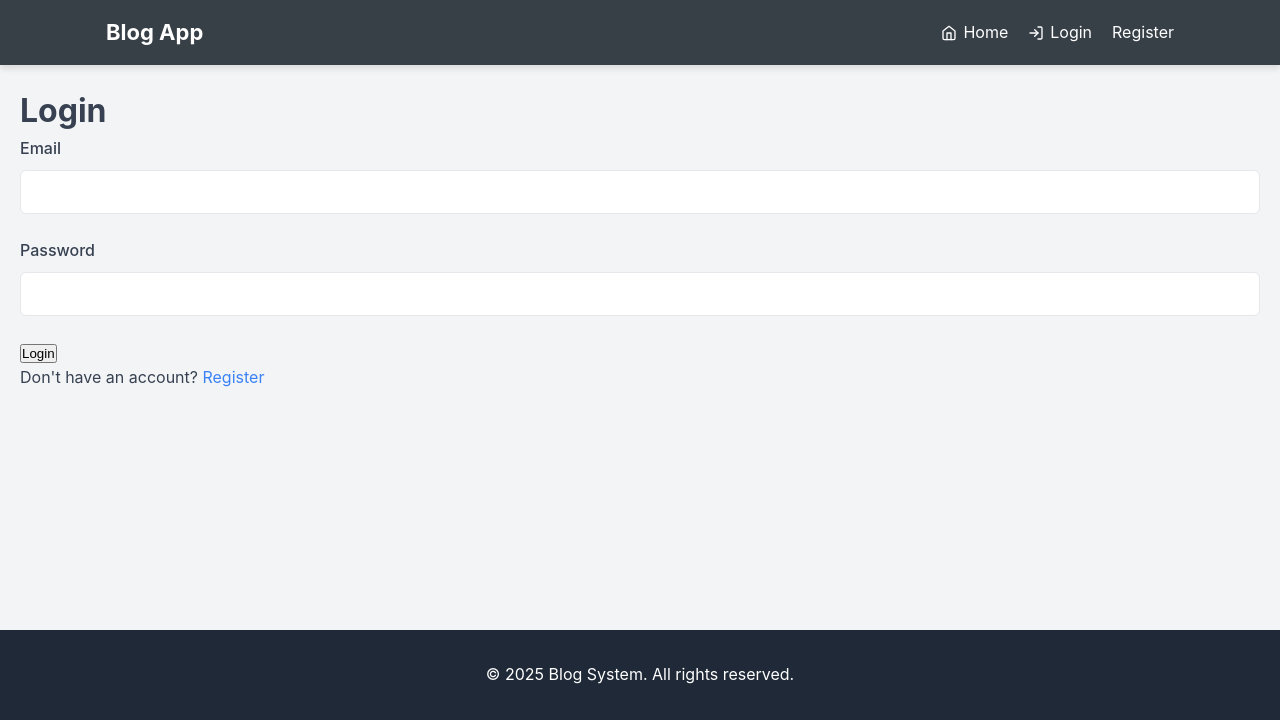
Repository: Vicae-a/Blog
Page: /profile (app in frontend/)
An editor plug-in stored every save of this project. The page is shown before and after the next save, followed by the edit.
The browser window is 1280 px wide. The pictures show the whole page.
The project was rebuilt for these pictures with package versions that can differ from the ones it lists, and the page was loaded fresh each time. Also part of the build but not shown: frontend/vite.config.js, frontend/src/components/PostCard.jsx, frontend/src/components/Pagination.jsx, frontend/src/components/SearchBar.jsx, frontend/src/pages/Home.jsx, frontend/src/pages/Register.jsx, frontend/src/components/Comment.jsx, frontend/src/components/CommentForm.jsx and 5 more.

Above is the page before, as saved 2025-03-29 23:23:55.

### frontend/src/main.jsx
import React from 'react';
import ReactDOM from 'react-dom/client';
import { BrowserRouter } from 'react-router-dom';
import App from './App';


const root = ReactDOM.createRoot(document.getElementById('root'));

root.render(
  <BrowserRouter>
    <App />
  </BrowserRouter>
);

### frontend/src/App.jsx
// src/App.jsx
import { BrowserRouter as Router, Routes, Route, Navigate, useLocation } from 'react-router-dom';

import { QueryClient, QueryClientProvider } from "@tanstack/react-query";
import { ToastContainer } from 'react-toastify';
import { AuthProvider, useAuth } from './context/AuthContext';
import Navbar from './components/Navbar';
import Footer from './components/Footer';
import Home from './pages/Home';
import Login from './pages/Login';
import Register from './pages/Register';
import PostDetail from './pages/PostDetail';
import CreatePost from './pages/CreatePost';
import EditPost from './pages/EditPost';
import Profile from './pages/Profile';
import NotFound from './pages/NotFound';
import 'react-toastify/dist/ReactToastify.css';
import './App.css';

const queryClient = new QueryClient({
  defaultOptions: {
    queries: {
      retry: 1,
      refetchOnWindowFocus: false,
    },
  },
});

// Protected route component
const ProtectedRoute = ({ children }) => {
  const { user, loading } = useAuth();
  const location = useLocation();

  if (loading) return <div className="loading">Loading...</div>;

  if (!user) {
    return <Navigate to="/login" replace state={{ from: location.pathname }} />;
  }

  return children;
};

// Guest-only route component
const GuestRoute = ({ children }) => {
  const { user, loading } = useAuth();

  if (loading) return <div className="loading">Loading...</div>;

  if (user) {
    return <Navigate to="/" replace />;
  }

  return children;
};

function App() {
  return (
    <QueryClientProvider client={queryClient}>
      <AuthProvider>

          <div className="app-container">
            <Navbar />
            <main className="main-content">
              <Routes>
                {/* Public routes */}
                <Route path="/" element={<Home />} />
                <Route path="/posts/:id" element={<PostDetail />} />

                {/* Guest-only routes */}
                <Route
                  path="/login"
                  element={
                    <GuestRoute>
                      <Login />
                    </GuestRoute>
                  }
                />
                <Route
                  path="/register"
                  element={
                    <GuestRoute>
                      <Register />
                    </GuestRoute>
                  }
                />

                {/* Protected routes */}
                <Route
                  path="/posts/create"
                  element={
                    <ProtectedRoute>
                      <CreatePost />
                    </ProtectedRoute>
                  }
                />
                <Route
                  path="/posts/:id/edit"
                  element={
                    <ProtectedRoute>
                      <EditPost />
                    </ProtectedRoute>
                  }
                />
                <Route
                  path="/profile"
                  element={
                    <ProtectedRoute>
                      <Profile />
                    </ProtectedRoute>
                  }
                />

                {/* 404 Not Found */}
                <Route path="*" element={<NotFound />} />
              </Routes>
            </main>
            <Footer />
            <ToastContainer
              position="bottom-right"
              autoClose={5000}
              hideProgressBar={false}
              newestOnTop
              closeOnClick
              rtl={false}
              pauseOnFocusLoss
              draggable
              pauseOnHover
              theme="light"
            />
          </div>

      </AuthProvider>
    </QueryClientProvider>
  );
}

export default App;

### frontend/src/context/AuthContext.jsx
// src/context/AuthContext.jsx
import { createContext, useState, useEffect, useContext } from 'react';
import { authAPI } from '../services/api';
import { useNavigate } from 'react-router-dom';
import { toast } from 'react-toastify';

const AuthContext = createContext(null);

export const AuthProvider = ({ children }) => {
  const [user, setUser] = useState(null);
  const [loading, setLoading] = useState(true);
  const navigate = useNavigate();

  // Load user from localStorage on mount
  useEffect(() => {
    const storedUser = localStorage.getItem('user');
    if (storedUser) {
      setUser(JSON.parse(storedUser));
    }
  }, []);

  // Check if user is logged in on mount
  useEffect(() => {
    const checkUser = async () => {
      try {
        const token = localStorage.getItem('token');
        if (token) {
          const response = await authAPI.getCurrentUser();
          setUser(response.data.data.user);
        }
      } catch (error) {
        console.error('Authentication error:', error);
        logout();
      } finally {
        setLoading(false);
      }
    };

    checkUser();
  }, []);

  const register = async (userData) => {
    try {
      const response = await authAPI.register(userData);
      const { user, token } = response.data.data;

      localStorage.setItem('token', token);
      localStorage.setItem('user', JSON.stringify(user));
      setUser(user);

      toast.success('Registration successful!');
      navigate('/');
      return true;
    } catch (error) {
      const errorMessage = error.response?.data?.message || 'Registration failed. Please try again.';
      toast.error(errorMessage);
      return false;
    }
  };

  const login = async (credentials) => {
    try {
      const response = await authAPI.login(credentials);
      const { user, token } = response.data.data;

      localStorage.setItem('token', token);
      localStorage.setItem('user', JSON.stringify(user));
      setUser(user);

      toast.success('Login successful!');
      navigate('/');
      return true;
    } catch (error) {
      const errorMessage = error.response?.data?.message || 'Login failed. Please check your credentials.';
      toast.error(errorMessage);
      return false;
    }
  };

  const logout = () => {
    localStorage.clear();
    setUser(null);
    toast.success('Logged out successfully');
    navigate('/login');
  };

  const updateProfile = async (userData) => {
    try {
      const response = await authAPI.updateProfile(userData);
      const updatedUser = response.data.data.user;

      setUser(updatedUser);
      localStorage.setItem('user', JSON.stringify(updatedUser));

      toast.success('Profile updated successfully');
      return true;
    } catch (error) {
      const errorMessage = error.response?.data?.message || 'Failed to update profile. Please try again.';
      toast.error(errorMessage);
      return false;
    }
  };

  return (
    <AuthContext.Provider
      value={{
        user,
        loading,
        register,
        login,
        logout,
        updateProfile,
        isAuthenticated: !!user
      }}
    >
      {children}
    </AuthContext.Provider>
  );
};

export const useAuth = () => {
  const context = useContext(AuthContext);
  if (!context) {
    throw new Error('useAuth must be used within an AuthProvider');
  }
  return context;
};

### frontend/src/components/Navbar.jsx
import { useState } from "react";
import { Link } from "react-router-dom";
import { useAuth } from "../context/AuthContext";
import { FiMenu, FiX, FiUser, FiLogOut, FiPlus, FiHome, FiLogIn } from "react-icons/fi";
import "../assets/css/Navbar.css"; // Import the CSS file

const Navbar = () => {
  const { user, logout, isAuthenticated } = useAuth();
  const [isOpen, setIsOpen] = useState(false);
  const [isDropdownOpen, setIsDropdownOpen] = useState(false);

  return (
    <nav className="navbar">
      <div className="container">

        {/* Logo */}
        <Link to="/" className="logo">Blog App</Link>

        {/* Mobile Menu Toggle */}
        <button
          className="menu-toggle"
          onClick={() => setIsOpen(!isOpen)}
        >
          {isOpen ? <FiX /> : <FiMenu />}
        </button>

        {/* Navbar Links */}
        <div className={`nav-links ${isOpen ? "active" : ""}`}>
          <Link to="/" className="nav-item">
            <FiHome /> Home
          </Link>

          {isAuthenticated ? (
            <>
              <Link to="/posts/create" className="nav-item">
                <FiPlus /> New Post
              </Link>

              {/* User Dropdown */}
              <div className="nav-item dropdown">
                <button
                  onClick={() => setIsDropdownOpen(!isDropdownOpen)}
                  className="dropdown-btn"
                >
                  <FiUser /> {user.name}
                </button>

                {/* Dropdown Menu */}
                {isDropdownOpen && (
                  <div className="dropdown-menu">
                    <Link to="/profile" className="dropdown-item">Profile</Link>
                    <button
                      onClick={logout}
                      className="dropdown-item logout"
                    >
                      <FiLogOut /> Logout
                    </button>
                  </div>
                )}
              </div>
            </>
          ) : (
            <>
              <Link to="/login" className="nav-item">
                <FiLogIn /> Login
              </Link>
              <Link to="/register" className="nav-item">Register</Link>
            </>
          )}
        </div>
      </div>
    </nav>
  );
};

export default Navbar;

### frontend/src/components/Footer.jsx
// src/components/Footer.jsx
const Footer = () => {
    const currentYear = new Date().getFullYear();

    return (
      <footer className="site-footer">
        <div className="container">
          <div className="footer-content">
            <p>&copy; {currentYear} Blog System. All rights reserved.</p>
          </div>
        </div>
      </footer>
    );
  };

  export default Footer;

### frontend/src/pages/Login.jsx
import { useState } from 'react';
import { Link } from 'react-router-dom';
import { useAuth } from '../context/AuthContext';

const Login = () => {
  const [formData, setFormData] = useState({
    email: '',
    password: '',
  });
  const [errors, setErrors] = useState({});
  const [isSubmitting, setIsSubmitting] = useState(false);
  const { login } = useAuth();

  const handleChange = (e) => {
    const { name, value } = e.target;
    setFormData({
      ...formData,
      [name]: value,
    });
    // Clear error when user types
    if (errors[name]) {
      setErrors({
        ...errors,
        [name]: '',
      });
    }
  };

  const validate = () => {
    const newErrors = {};
    if (!formData.email) newErrors.email = 'Email is required';
    if (!formData.password) newErrors.password = 'Password is required';
    return newErrors;
  };

  const handleSubmit = async (e) => {
    e.preventDefault();

    const newErrors = validate();
    if (Object.keys(newErrors).length > 0) {
      setErrors(newErrors);
      return;
    }

    setIsSubmitting(true);

    try {
      await login(formData);
    } catch (error) {
      console.error('Login failed:', error);
    } finally {
      setIsSubmitting(false);
    }
  };

  return (
    <div className="auth-page">
      <div className="auth-container">
        <h1>Login</h1>
        <form onSubmit={handleSubmit}>
          <div className="form-group">
            <label htmlFor="email">Email</label>
            <input
              type="email"
              id="email"
              name="email"
              value={formData.email}
              onChange={handleChange}
            />
            {errors.email && <span className="error">{errors.email}</span>}
          </div>

          <div className="form-group">
            <label htmlFor="password">Password</label>
            <input
              type="password"
              id="password"
              name="password"
              value={formData.password}
              onChange={handleChange}
            />
            {errors.password && <span className="error">{errors.password}</span>}
          </div>

          <button
            type="submit"
            disabled={isSubmitting}
            className="auth-button"
          >
            {isSubmitting ? 'Logging in...' : 'Login'}
          </button>
        </form>

        <div className="auth-links">
          <p>
            Don't have an account? <Link to="/register">Register</Link>
          </p>
        </div>
      </div>
    </div>
  );
};

export default Login;

### frontend/src/assets/css/Navbar.css
/* Navbar Container */
.navbar {
    background-color: #373f47;
    color: white;
    padding: 15px 20px;
    position: relative;
    box-shadow: 0 4px 6px rgba(0, 0, 0, 0.1);
  }

  .navbar .container {
    display: flex;
    justify-content: space-between;
    align-items: center;
    max-width: 1100px;
    margin: 0 auto;
  }

  /* Logo */
  .navbar .logo {
    font-size: 22px;
    font-weight: bold;
    text-decoration: none;
    color: white;
  }

  /* Navbar Links */
  .navbar .nav-links {
    display: flex;
    gap: 20px;
    align-items: center;
  }

  .navbar .nav-item {
    text-decoration: none;
    color: white;
    font-size: 16px;
    display: flex;
    align-items: center;
    gap: 6px;
    transition: color 0.3s;
  }

  .navbar .nav-item:hover {
    color: #ffcc00;
  }

  /* Dropdown */
  .navbar .dropdown {
    position: relative;
  }

  .navbar .dropdown-btn {
    background: none;
    border: none;
    color: white;
    font-size: 16px;
    display: flex;
    align-items: center;
    cursor: pointer;
  }

  /* Dropdown Menu */
  .navbar .dropdown-menu {
    position: absolute;
    top: 40px;
    right: 0;
    background: white;
    color: black;
    width: 160px;
    border-radius: 5px;
    box-shadow: 0 4px 6px rgba(0, 0, 0, 0.1);
    display: none; /* Hide initially */
    flex-direction: column;
    z-index: 1000;
  }

  .navbar .dropdown.open .dropdown-menu {
    display: flex; /* Show dropdown when open */
  }

  .navbar .dropdown-item {
    padding: 10px;
    display: flex;
    align-items: center;
    gap: 6px;
    cursor: pointer;
    text-decoration: none;
    color: black;
    transition: background 0.3s;
  }

  .navbar .dropdown-item:hover {
    background: #f1f1f1;
  }

  .navbar .logout {
    color: red;
  }

  /* Mobile Menu */
  .navbar .menu-toggle {
    display: none;
    font-size: 22px;
    background: none;
    border: none;
    color: white;
    cursor: pointer;
  }

  @media (max-width: 768px) {
    .navbar .menu-toggle {
      display: block;
    }

    .navbar .nav-links {
      display: none;
      flex-direction: column;
      gap: 10px;
      position: absolute;
      top: 60px;
      right: 10px;
      background: #3d4e6076;
      width: 200px;
      border-radius: 5px;
      box-shadow: 0 4px 6px rgba(0, 0, 0, 0.1);
    }

    .navbar .nav-links.active {
      display: flex;
    }
  }

Loaded but not shown: frontend/index.html (common file); frontend/src/services/api.js (104 lines, source omitted); frontend/src/App.css (712 lines, source omitted)

After the next save:
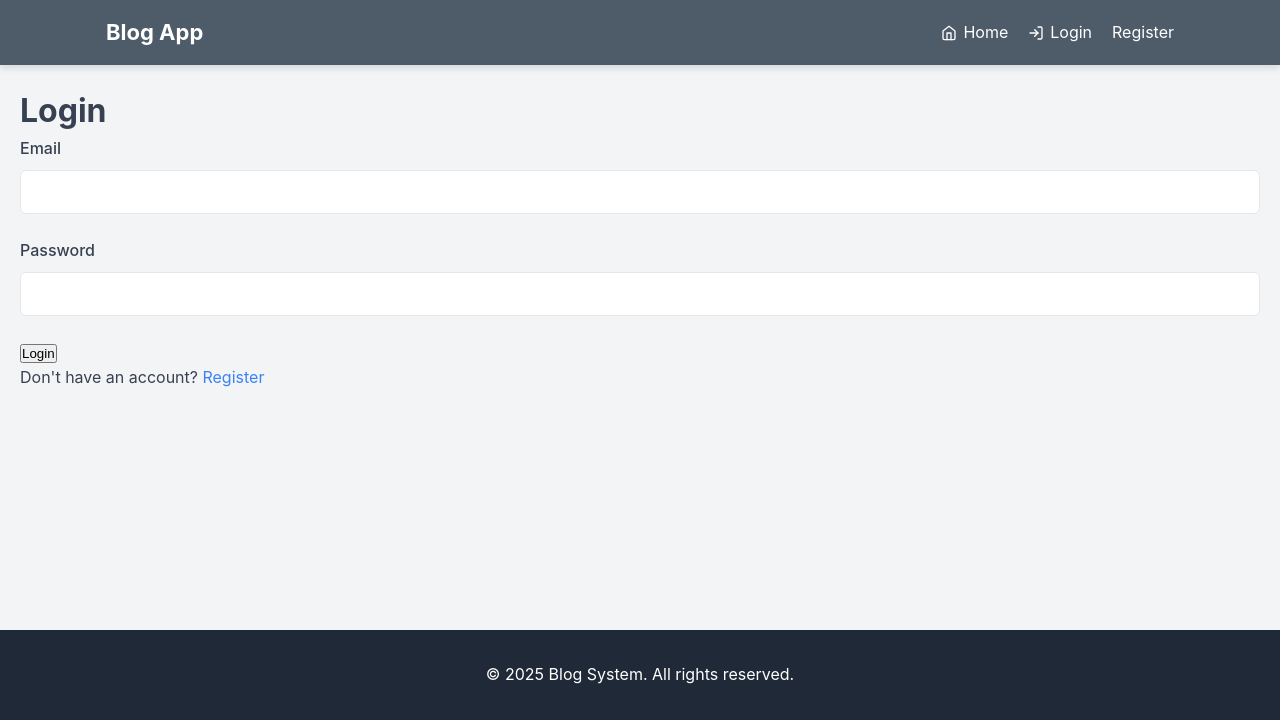
Saved 6 s later.
--- a/frontend/src/assets/css/Navbar.css
+++ b/frontend/src/assets/css/Navbar.css
@@ -1,6 +1,6 @@
 /* Navbar Container */
 .navbar {
-    background-color: #373f47;
+    background-color: #4e5b68;
     color: white;
     padding: 15px 20px;
     position: relative;
